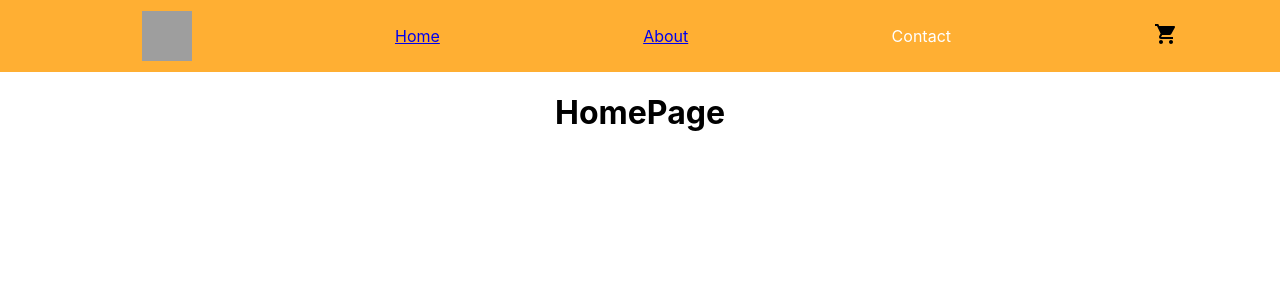
Repository: Toydrum/React-HectorCoronado
Page: /
These files come from the project's save history. The page is drawn as it stood at one moment and after the next save; the edit follows.
The browser window is 1280 px wide. The pictures show the whole page.
Pictures or frames that could not be fetched are drawn as grey boxes. The page's requests for data from a server got no answer. The project was rebuilt for these pictures with package versions that can differ from the ones it lists, and the page was loaded fresh each time. No one was signed in, and anything a server would have sent is missing. Also part of the build but not shown: src/components/CardUser/CardUser.jsx, src/pages/ContactPage/ContactPage.jsx, src/pages/AboutPage/AboutPage.jsx, src/pages/DetailPage/DetailPage.jsx.

Above is the page before, as saved 2023-06-18 18:06:23.

After the next save:
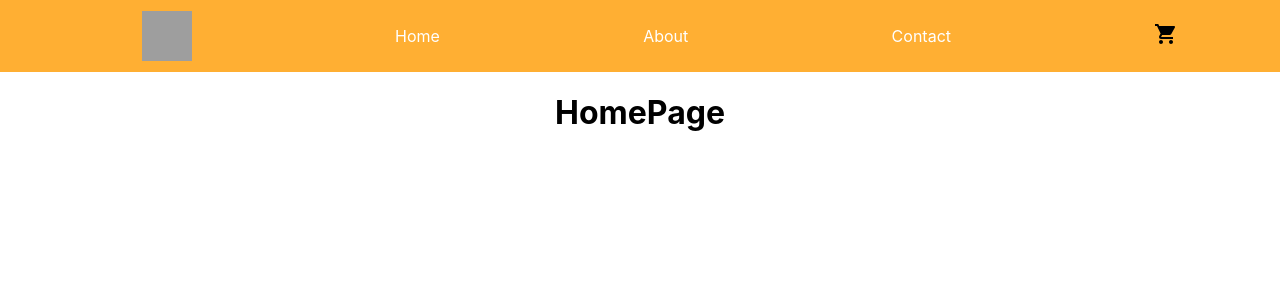
Saved 13 s later.
--- a/src/components/Navbar/Navbar.jsx
+++ b/src/components/Navbar/Navbar.jsx
@@ -10,10 +10,14 @@ const NavBar = () => {
       <ul className="nav-ul">
         <img src={logo} alt="gatito" style={{ height: 50, width: 50 }} />
         <li className="li">
-          <Link to="/">Home</Link>
+          <Link to="/" className="li">
+            Home
+          </Link>
         </li>
         <li className="li">
-          <Link to="/about">About</Link>
+          <Link to="/about" className="li">
+            About
+          </Link>
         </li>
         <li className="li">
           <Link to="/contact" className="li">
